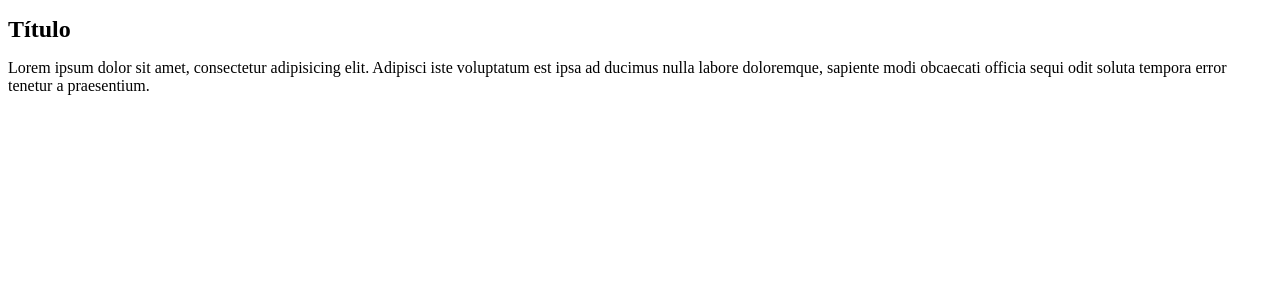
Repository: Iamjordana/html-css
Page: Html Css/Exercicios/ex018/index.html
These files come from the project's save history. The page is drawn as it stood at one moment and after the next save; the edit follows.
The browser window is 1280 px wide. The pictures show the whole page.
Some web fonts or font styles are not loaded; a fallback is used.

Above is the page before, as saved 2025-01-28 18:12:21.

### Html Css/Exercicios/ex018/index.html
<!DOCTYPE html>
<html lang="pt-br">
<head>
    <meta charset="UTF-8">
    <meta name="viewport" content="width=device-width, initial-scale=1.0">
    <title>Fontes com Google Fonts</title>
    <style>
        @import url('https://fonts.googleapis.com/css2?family=Playwrite+IN:wght@100..400&display=swap');

        body{
            font-family: Arial, Helvetica, sans-serif
            font-size: 16px;
            color: black;
        }
        h1{
            font-family: "Playwrite IN", serif;
            font-size: 24px;
        }
    </style>
</head>
<body>
    <h1>Título</h1>
    <p>Lorem ipsum dolor sit amet, consectetur adipisicing elit. Adipisci iste voluptatum est ipsa ad ducimus nulla labore doloremque, sapiente modi obcaecati officia sequi odit soluta tempora error tenetur a praesentium.</p>
</body>
</html>

After the next save:
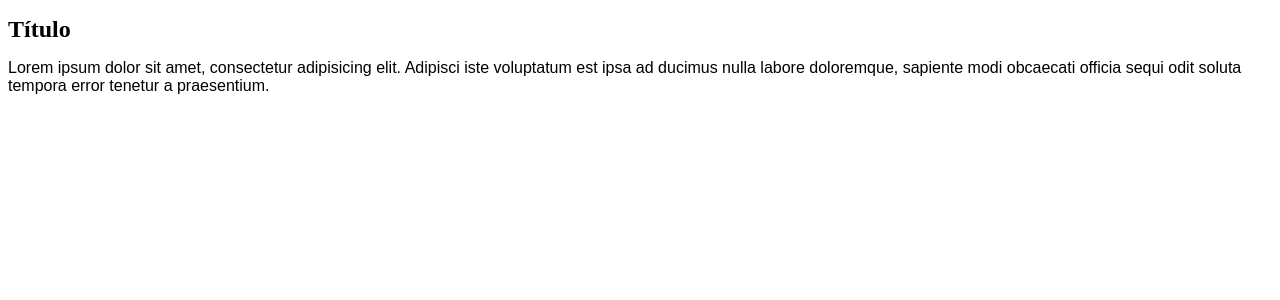
Saved 5 s later.
--- a/Html Css/Exercicios/ex018/index.html
+++ b/Html Css/Exercicios/ex018/index.html
@@ -8,7 +8,7 @@
         @import url('https://fonts.googleapis.com/css2?family=Playwrite+IN:wght@100..400&display=swap');
 
         body{
-            font-family: Arial, Helvetica, sans-serif
+            font-family: Arial, Helvetica, sans-serif;
             font-size: 16px;
             color: black;
         }

After the 3 saves that followed:
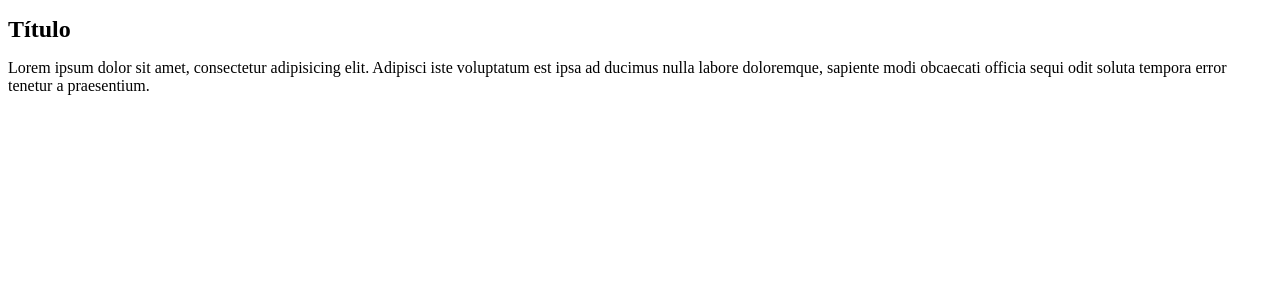
The 3 saves are shown as one change because 2 left the picture as it was.
The last was saved 116 s later.
--- a/Html Css/Exercicios/ex018/index.html
+++ b/Html Css/Exercicios/ex018/index.html
@@ -6,9 +6,9 @@
     <title>Fontes com Google Fonts</title>
     <style>
         @import url('https://fonts.googleapis.com/css2?family=Playwrite+IN:wght@100..400&display=swap');
-
+        @import url('https://fonts.googleapis.com/css2?family=Caveat:wght@400..700&display=swap');
         body{
-            font-family: Arial, Helvetica, sans-serif;
+            font-family: font-family: "Caveat", serif;
             font-size: 16px;
             color: black;
         }
